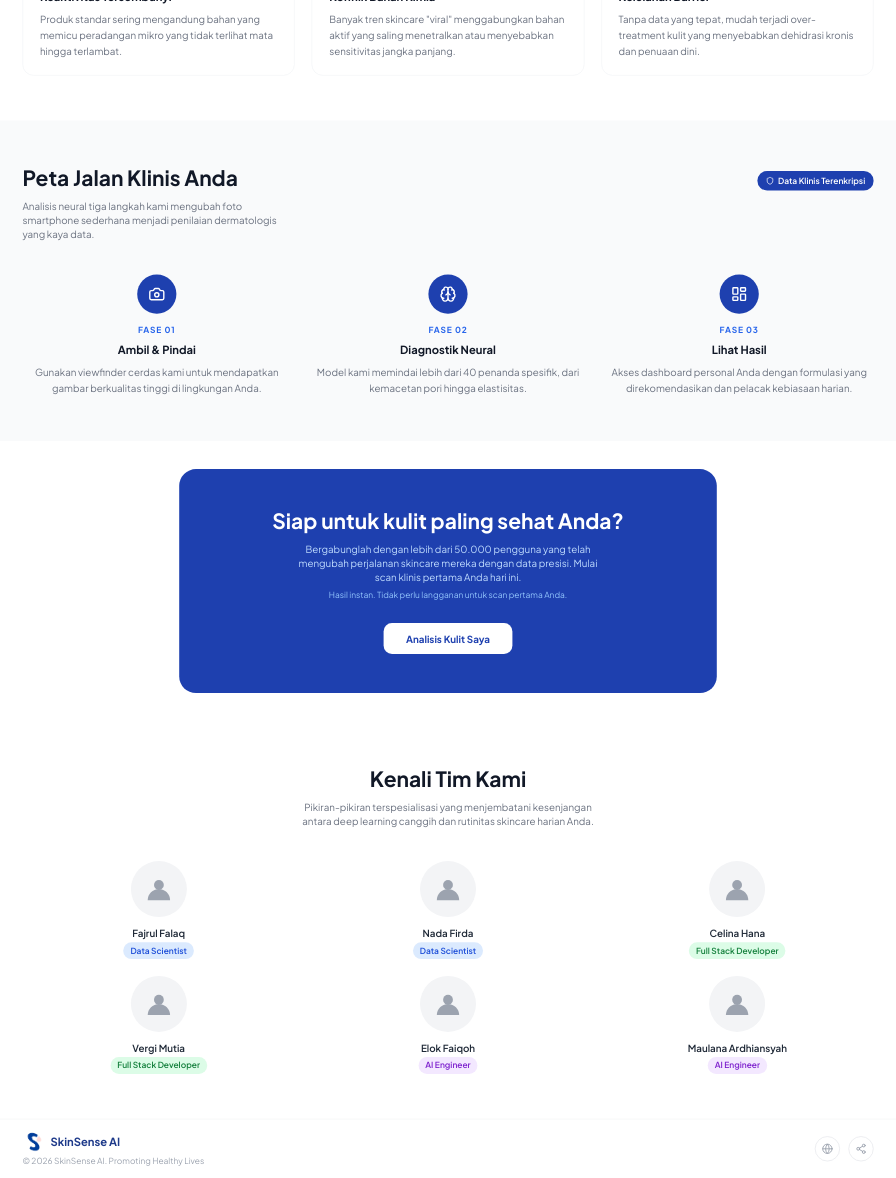
Repository: Celinahanaa/SkinSenseAI
Page: /
An editor plug-in stored every save of this project. The page is shown before and after the next save, followed by the edit.
The browser window is 1280 px wide. The pictures show the part of the page from y = 1453 to 3373 px (the page is 3136 px tall before and 3373 px after), at 70% of full size.
Some web fonts or font styles are not loaded; a fallback is used. The project was rebuilt for these pictures with package versions that can differ from the ones it lists, and the page was loaded fresh each time. Also part of the build but not shown: vite.config.js, src/components/Navbar.jsx, frontend/src/services/api.js, frontend/src/context/AuthContext.jsx, frontend/src/components/ProtectedRoute.jsx, src/pages/Home.jsx, src/pages/Login.jsx, src/pages/Register.jsx and 5 more.

Above is the page before, as saved 2026-05-15 20:48:54.

### index.html
<!doctype html>
<html lang="en">
  <head>
    <meta charset="UTF-8" />
    <link rel="icon" type="image/svg+xml" href="/favicon.svg" />
    <meta name="viewport" content="width=device-width, initial-scale=1.0" />
    <title>skinsense-ai</title>
  </head>
  <body>
    <div id="root"></div>
    <script type="module" src="/src/main.jsx"></script>
  </body>
</html>

### src/index.css
@import url('https://fonts.googleapis.com/css2?family=Plus+Jakarta+Sans:wght@300;400;500;600;700;800&family=Playfair+Display:ital,wght@0,700;0,800;1,700&display=swap');

@tailwind base;
@tailwind components;
@tailwind utilities;

@layer base {
  body {
    font-family: 'Plus Jakarta Sans', sans-serif;
    background-color: #f8faff;
    color: #1a1a2e;
    -webkit-font-smoothing: antialiased;
  }
}

@layer components {
  .btn-primary {
    @apply bg-blue-800 text-white font-semibold px-6 py-3 rounded-xl hover:bg-blue-900 transition-all duration-200 flex items-center justify-center gap-2 cursor-pointer;
  }
  .btn-outline {
    @apply border-2 border-gray-200 bg-white text-gray-700 font-semibold px-6 py-3 rounded-xl hover:border-blue-800 hover:text-blue-800 transition-all duration-200 flex items-center justify-center gap-2 cursor-pointer;
  }
  .card {
    @apply bg-white rounded-2xl p-6;
    box-shadow: 0 2px 20px rgba(30, 58, 138, 0.08);
  }
  .input-field {
    @apply w-full border border-gray-200 rounded-xl px-4 py-3 pl-11 text-gray-800 placeholder-gray-400 focus:outline-none focus:border-blue-600 transition-all bg-gray-50 text-sm;
  }
  .nav-link {
    @apply text-gray-600 hover:text-blue-800 font-medium text-sm transition-colors cursor-pointer;
  }
}

@keyframes fadeInUp {
  from { opacity: 0; transform: translateY(24px); }
  to   { opacity: 1; transform: translateY(0); }
}
@keyframes fadeIn {
  from { opacity: 0; }
  to   { opacity: 1; }
}
@keyframes scanLine {
  0%   { top: 0%; }
  100% { top: 95%; }
}
@keyframes float {
  0%, 100% { transform: translateY(0px); }
  50%       { transform: translateY(-8px); }
}
@keyframes spin-slow {
  from { transform: rotate(0deg); }
  to   { transform: rotate(360deg); }
}
@keyframes float {
  0%, 100% { transform: translateY(0px); }
  50% { transform: translateY(-10px); }
}

.animate-fade-in-up { animation: fadeInUp 0.7s ease-out forwards; }
.animate-fade-in { animation: fadeIn 0.5s ease-out forwards; }
.animate-float { animation: float 3s ease-in-out infinite; }
.animate-spin-slow { animation: spin-slow 8s linear infinite; }
.scan-line { position: absolute; left: 0; right: 0; height: 2px; background: linear-gradient(90deg, transparent, #3b5fc0, transparent); animation: scanLine 1.8s linear infinite; }
.delay-100 { animation-delay: 100ms; }
.delay-200 { animation-delay: 200ms; }
.delay-300 { animation-delay: 300ms; }
.delay-400 { animation-delay: 400ms; }
.delay-500 { animation-delay: 500ms; }

### src/App.jsx
import { BrowserRouter, Routes, Route } from 'react-router-dom';
import { AuthProvider } from './context/AuthContext';
import { ThemeProvider } from './context/ThemeContext';
import { LanguageProvider } from './context/LanguageContext';
import Navbar from './components/Navbar';
import ProtectedRoute from './components/ProtectedRoute';

import Landing from './pages/LandingPage';
import Home from './pages/Home';
import Login from './pages/Login';
import Register from './pages/Register';
import Analysis from './pages/Analysis';
import Result from './pages/Result';
import History from './pages/History';
import Profile from './pages/Profile';
import EditProfile from './pages/EditProfile';

function Layout({ children }) {
  return (
    <div className="min-h-screen flex flex-col">
      <Navbar />
      <main className="flex-1">{children}</main>
    </div>
  );
}

export default function App() {
  return (
    <BrowserRouter>
      <AuthProvider>
        <ThemeProvider>
          <LanguageProvider>
            <Routes>
              <Route path="/" element={<Landing />} />
              <Route path="/login" element={<Login />} />
              <Route path="/register" element={<Register />} />
              <Route path="/home" element={<Layout><ProtectedRoute><Home /></ProtectedRoute></Layout>} />
              <Route path="/analysis" element={<Layout><ProtectedRoute><Analysis /></ProtectedRoute></Layout>} />
              <Route path="/result" element={<ProtectedRoute><Result /></ProtectedRoute>} />
              <Route path="/history" element={<Layout><ProtectedRoute><History /></ProtectedRoute></Layout>} />
              <Route path="/profile" element={<Layout><ProtectedRoute><Profile /></ProtectedRoute></Layout>} />
              <Route path="/editprofile" element={<ProtectedRoute><EditProfile /></ProtectedRoute>} />
            </Routes>
          </LanguageProvider>
        </ThemeProvider>
      </AuthProvider>
    </BrowserRouter>
  );
}

### src/context/AuthContext.jsx
import { createContext, useContext, useState, useEffect } from 'react';
import { apiLogin, apiRegister, apiGetProfile } from '../services/api';

const AuthContext = createContext(null);

export function AuthProvider({ children }) {
  const [user, setUser] = useState(null);
  const [loading, setLoading] = useState(true); // cek token saat app dibuka

  // Saat app pertama dibuka, cek apakah ada token tersimpan
  useEffect(() => {
    const token = localStorage.getItem('token');
    if (token) {
      // Ambil data profil pakai token yang ada
      apiGetProfile()
        .then(profile => setUser(profile))
        .catch(() => {
          // Token expired/invalid, hapus
          localStorage.removeItem('token');
        })
        .finally(() => setLoading(false));
    } else {
      setLoading(false);
    }
  }, []);

const login = async (email, password) => {
  const data = await apiLogin(email, password);
  localStorage.setItem('token', data.token);
  // ✅ fetch profile lengkap termasuk skin_type & skin_concerns
  const profile = await apiGetProfile();
  setUser(profile);
  return data;
};

const register = async (name, email, password) => {
  const data = await apiRegister(name, email, password);
  localStorage.setItem('token', data.token);
  // ✅ sama di register
  const profile = await apiGetProfile();
  setUser(profile);
  return data;
};

  const logout = () => {
    localStorage.removeItem('token');
    setUser(null);
  };

  // Jangan render app dulu sebelum selesai cek token
  if (loading) return null;

  return (
    <AuthContext.Provider value={{ user, setUser, login, register, logout }}>
      {children}
    </AuthContext.Provider>
  );
}

// Di AuthContext.jsx, ubah baris terakhir
export const useAuth = () => {
  const context = useContext(AuthContext);
  if (context === null) {
    throw new Error('useAuth harus digunakan di dalam AuthProvider');
  }
  return context;
};

### src/context/ThemeContext.jsx
import { createContext, useContext, useState, useEffect } from 'react';

const ThemeContext = createContext();

export function ThemeProvider({ children }) {
  const [dark, setDark] = useState(false);

  useEffect(() => {
    if (dark) {
      document.documentElement.classList.add('dark');
    } else {
      document.documentElement.classList.remove('dark');
    }
  }, [dark]);

  return (
    <ThemeContext.Provider value={{ dark, setDark }}>
      {children}
    </ThemeContext.Provider>
  );
}

export const useTheme = () => useContext(ThemeContext);

### src/components/Footer.jsx
import { Globe, Share2 } from 'lucide-react';
import { Link } from 'react-router-dom';
import { useAuth } from '../context/AuthContext';

export default function Footer() {
  const { user } = useAuth();

  const footerLinks = [
    { to: '/home', label: 'Home' },
    { to: '/analysis', label: 'Analysis' },
    { to: '/history', label: 'History' },
    { to: '/profile', label: 'Profile' },
  ];

  return (
    <footer className="bg-white dark:bg-gray-900 border-t border-gray-100 mt-auto">
  <div className="max-w-7xl mx-auto px-4 sm:px-6 lg:px-8 py-4">
    <div className="flex flex-col md:flex-row md:items-center justify-between gap-4">

      <div>
        <div className="flex items-center gap-2 mb-1">
          <img src="/images/logo.png" alt="SkinSense AI" className="h-8 w-auto" />
          <span className="font-bold text-blue-900 dark:text-white">SkinSense AI</span>
        </div>
        <p className="text-xs text-gray-400 dark:text-gray-500">
          © 2026 SkinSense AI. Promoting Healthy Lives
        </p>
      </div>

      {user && (
        <div className="flex flex-wrap gap-x-8 gap-y-2 text-sm text-gray-500 dark:text-gray-400">
          {footerLinks.map((link) => (
            <Link key={link.to} to={link.to} className="hover:text-blue-800 dark:hover:text-blue-400 transition-colors">
              {link.label}
            </Link>
          ))}
        </div>
      )}

      <div className="flex items-center gap-3">
        <button className="w-9 h-9 rounded-full border border-gray-200 dark:border-gray-700 flex items-center justify-center hover:border-blue-800 dark:hover:border-blue-400 hover:text-blue-800 dark:hover:text-blue-400 transition-colors text-gray-400 dark:text-gray-500">
          <Globe size={16} />
        </button>
        <button className="w-9 h-9 rounded-full border border-gray-200 dark:border-gray-700 flex items-center justify-center hover:border-blue-800 dark:hover:border-blue-400 hover:text-blue-800 dark:hover:text-blue-400 transition-colors text-gray-400 dark:text-gray-500">
          <Share2 size={16} />
        </button>
      </div>

    </div>
  </div>
</footer>
  );
}

Loaded but not shown: src/main.jsx (common file); src/services/api.js (116 lines, source omitted); tailwind.config.js (30 lines, source omitted); src/context/LanguageContext.jsx (260 lines, source omitted); src/pages/LandingPage.jsx (229 lines, source omitted); src/components/FaceScanHero.jsx (166 lines, source omitted)

After the next save:
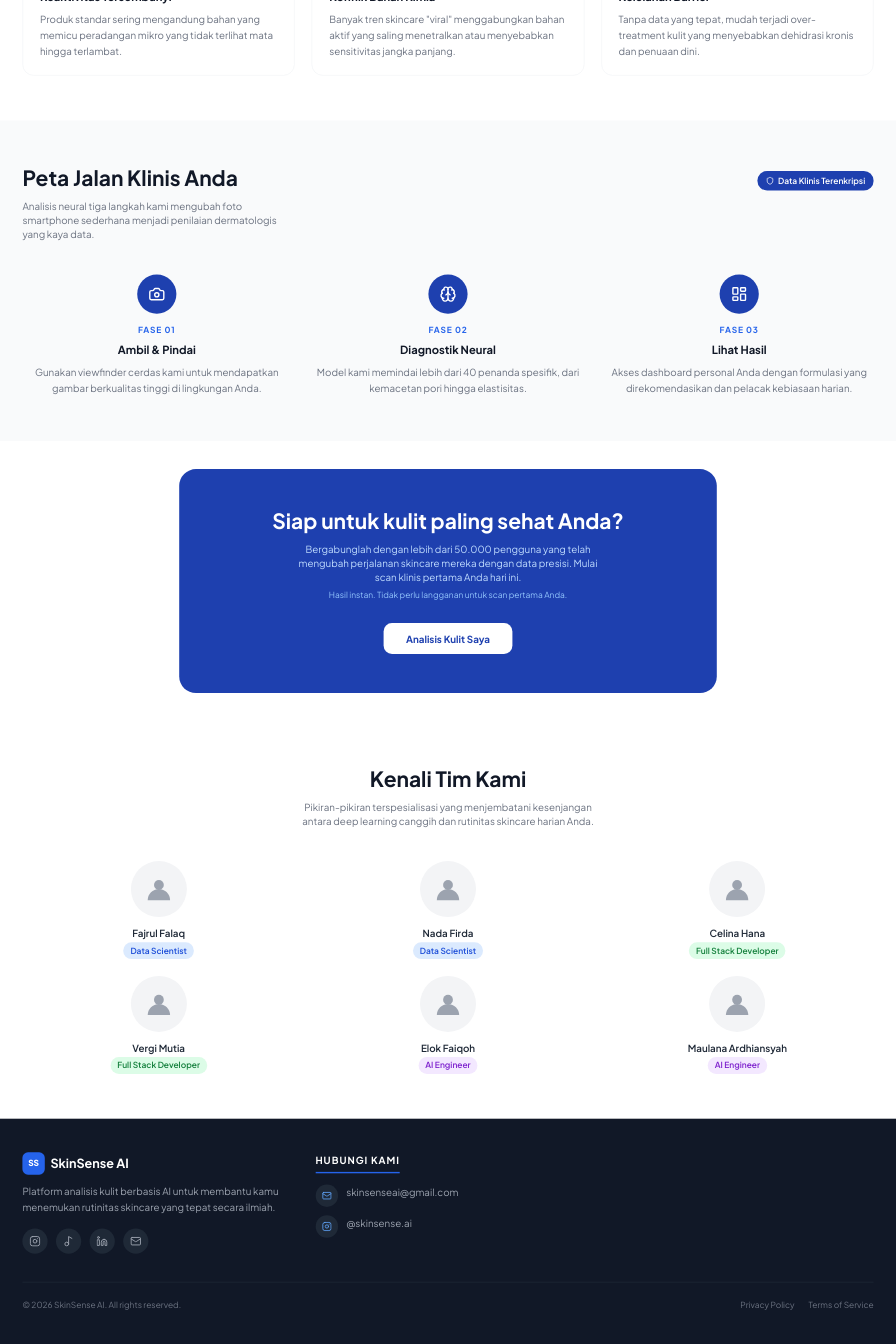
Saved 13 h 24 min later.
--- a/src/components/Footer.jsx
+++ b/src/components/Footer.jsx
@@ -1,5 +1,5 @@
-import { Globe, Share2 } from 'lucide-react';
 import { Link } from 'react-router-dom';
+import { Instagram, Music2, Linkedin, Mail } from 'lucide-react';
 import { useAuth } from '../context/AuthContext';
 
 export default function Footer() {
@@ -13,41 +13,86 @@ export default function Footer() {
   ];
 
   return (
-    <footer className="bg-white dark:bg-gray-900 border-t border-gray-100 mt-auto">
-  <div className="max-w-7xl mx-auto px-4 sm:px-6 lg:px-8 py-4">
-    <div className="flex flex-col md:flex-row md:items-center justify-between gap-4">
+    <footer className="bg-gray-900 text-white mt-auto">
+      <div className="max-w-7xl mx-auto px-4 sm:px-6 lg:px-8 py-12">
+        <div className="grid grid-cols-1 md:grid-cols-3 gap-10">
 
-      <div>
-        <div className="flex items-center gap-2 mb-1">
-          <img src="/images/logo.png" alt="SkinSense AI" className="h-8 w-auto" />
-          <span className="font-bold text-blue-900 dark:text-white">SkinSense AI</span>
+          {/* Brand */}
+          <div>
+            <div className="flex items-center gap-2 mb-3">
+              <div className="w-8 h-8 bg-blue-600 rounded-lg flex items-center justify-center">
+                <span className="text-white text-xs font-black">SS</span>
+              </div>
+              <span className="font-bold text-white text-lg">SkinSense AI</span>
+            </div>
+            <p className="text-gray-400 text-sm leading-relaxed">
+              Platform analisis kulit berbasis AI untuk membantu kamu menemukan rutinitas skincare yang tepat secara ilmiah.
+            </p>
+            <div className="flex items-center gap-3 mt-5">
+              <button className="w-9 h-9 rounded-full bg-gray-800 flex items-center justify-center hover:bg-blue-600 transition-colors text-gray-400 hover:text-white">
+                <Instagram size={16} />
+              </button>
+              <button className="w-9 h-9 rounded-full bg-gray-800 flex items-center justify-center hover:bg-blue-600 transition-colors text-gray-400 hover:text-white">
+                <Music2 size={16} />
+              </button>
+              <button className="w-9 h-9 rounded-full bg-gray-800 flex items-center justify-center hover:bg-blue-600 transition-colors text-gray-400 hover:text-white">
+                <Linkedin size={16} />
+              </button>
+              <button className="w-9 h-9 rounded-full bg-gray-800 flex items-center justify-center hover:bg-blue-600 transition-colors text-gray-400 hover:text-white">
+                <Mail size={16} />
+              </button>
+            </div>
+          </div>
+
+          {/* Menu */}
+          {user && (
+            <div>
+              <h3 className="font-bold text-white mb-4 text-sm uppercase tracking-widest border-b-2 border-blue-600 pb-2 w-fit">Menu Utama</h3>
+              <ul className="space-y-2">
+                {footerLinks.map((link) => (
+                  <li key={link.to}>
+                    <Link
+                      to={link.to}
+                      className="text-gray-400 hover:text-white text-sm transition-colors flex items-center gap-2"
+                    >
+                      <span className="text-blue-500">›</span> {link.label}
+                    </Link>
+                  </li>
+                ))}
+              </ul>
+            </div>
+          )}
+
+          {/* Hubungi Kami */}
+          <div>
+            <h3 className="font-bold text-white mb-4 text-sm uppercase tracking-widest border-b-2 border-blue-600 pb-2 w-fit">Hubungi Kami</h3>
+            <div className="space-y-3">
+              <div className="flex items-start gap-3">
+                <div className="w-8 h-8 bg-gray-800 rounded-full flex items-center justify-center flex-shrink-0">
+                  <Mail size={14} className="text-blue-400" />
+                </div>
+                <p className="text-gray-400 text-sm leading-relaxed">skinsenseai@gmail.com</p>
+              </div>
+              <div className="flex items-start gap-3">
+                <div className="w-8 h-8 bg-gray-800 rounded-full flex items-center justify-center flex-shrink-0">
+                  <Instagram size={14} className="text-blue-400" />
+                </div>
+                <p className="text-gray-400 text-sm leading-relaxed">@skinsense.ai</p>
+              </div>
+            </div>
+          </div>
+
         </div>
-        <p className="text-xs text-gray-400 dark:text-gray-500">
-          © 2026 SkinSense AI. Promoting Healthy Lives
-        </p>
+
+        {/* Bottom bar */}
+        <div className="border-t border-gray-800 mt-10 pt-6 flex flex-col sm:flex-row justify-between items-center gap-3">
+          <p className="text-gray-500 text-xs">© 2026 SkinSense AI. All rights reserved.</p>
+          <div className="flex gap-5 text-xs text-gray-500">
+            <span className="hover:text-white cursor-pointer transition-colors">Privacy Policy</span>
+            <span className="hover:text-white cursor-pointer transition-colors">Terms of Service</span>
+          </div>
+        </div>
       </div>
-
-      {user && (
-        <div className="flex flex-wrap gap-x-8 gap-y-2 text-sm text-gray-500 dark:text-gray-400">
-          {footerLinks.map((link) => (
-            <Link key={link.to} to={link.to} className="hover:text-blue-800 dark:hover:text-blue-400 transition-colors">
-              {link.label}
-            </Link>
-          ))}
-        </div>
-      )}
-
-      <div className="flex items-center gap-3">
-        <button className="w-9 h-9 rounded-full border border-gray-200 dark:border-gray-700 flex items-center justify-center hover:border-blue-800 dark:hover:border-blue-400 hover:text-blue-800 dark:hover:text-blue-400 transition-colors text-gray-400 dark:text-gray-500">
-          <Globe size={16} />
-        </button>
-        <button className="w-9 h-9 rounded-full border border-gray-200 dark:border-gray-700 flex items-center justify-center hover:border-blue-800 dark:hover:border-blue-400 hover:text-blue-800 dark:hover:text-blue-400 transition-colors text-gray-400 dark:text-gray-500">
-          <Share2 size={16} />
-        </button>
-      </div>
-
-    </div>
-  </div>
-</footer>
+    </footer>
   );
 }
